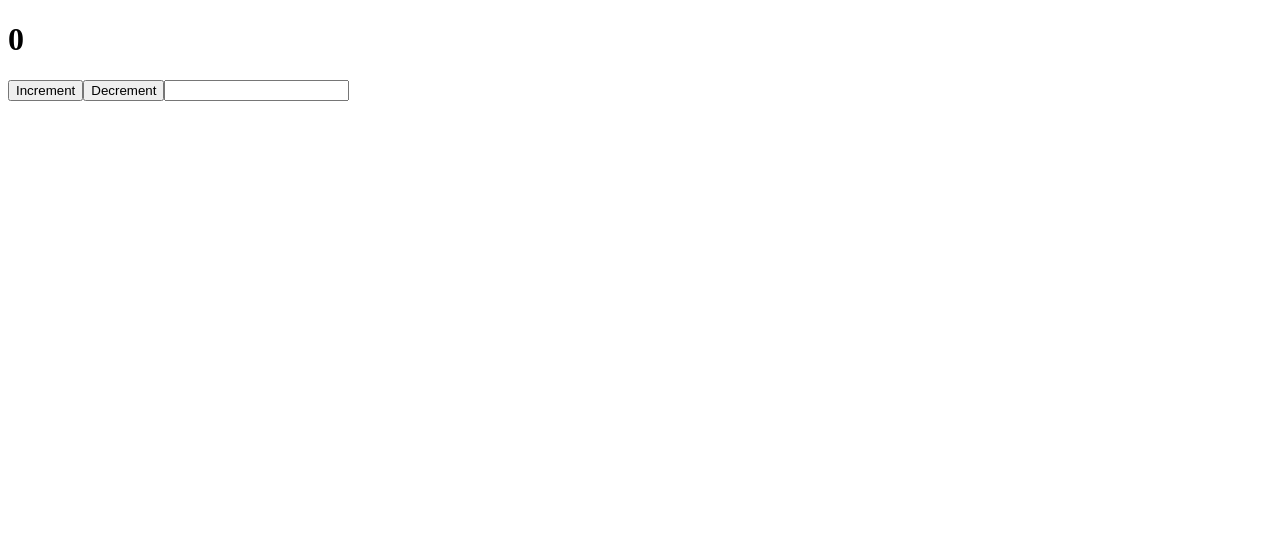
Repository: otvertka/ulb2_react
Page: / (app in jk_project/)
An editor plug-in stored every save of this project. The page is shown before and after the next save, followed by the edit.
The browser window is 1280 px wide. The pictures show the whole page.
The project was rebuilt for these pictures with package versions that can differ from the ones it lists, and the page was loaded fresh each time.

Above is the page before, as saved 2023-09-07 11:40:12.

After the next save:
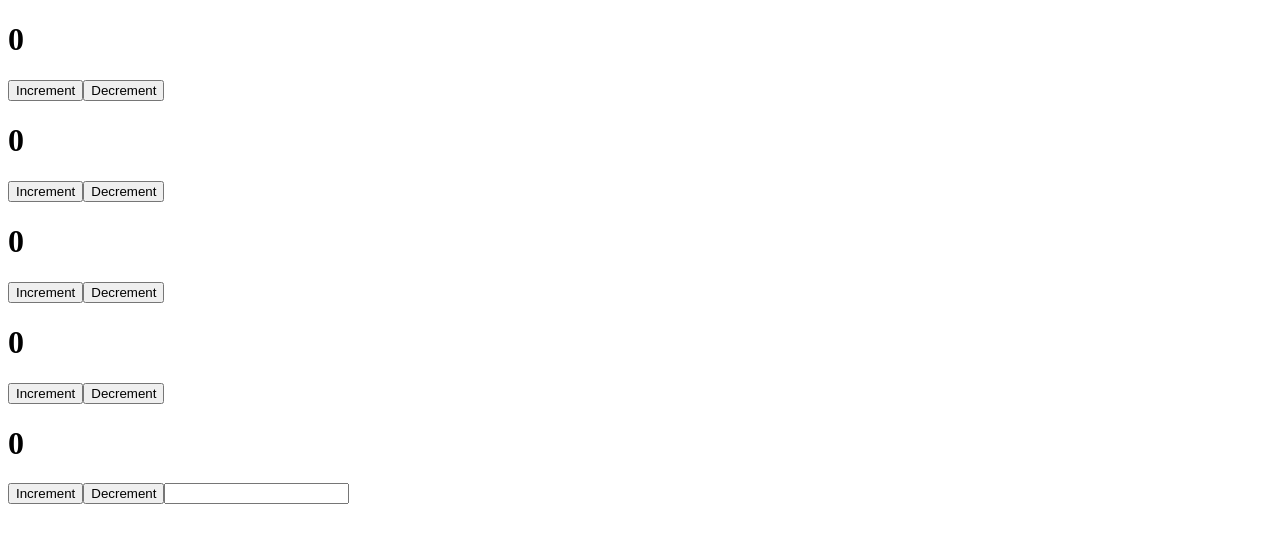
Saved 96 s later.
--- a/jk_project/src/App.js
+++ b/jk_project/src/App.js
@@ -18,6 +18,10 @@ function App() {
   return (
     <div className="App">
       <Counter />
+      <Counter />
+      <Counter />
+      <Counter />
+      <Counter />
       <input onChange={inpHandler} type="text" value={value} />
     </div>
   );
